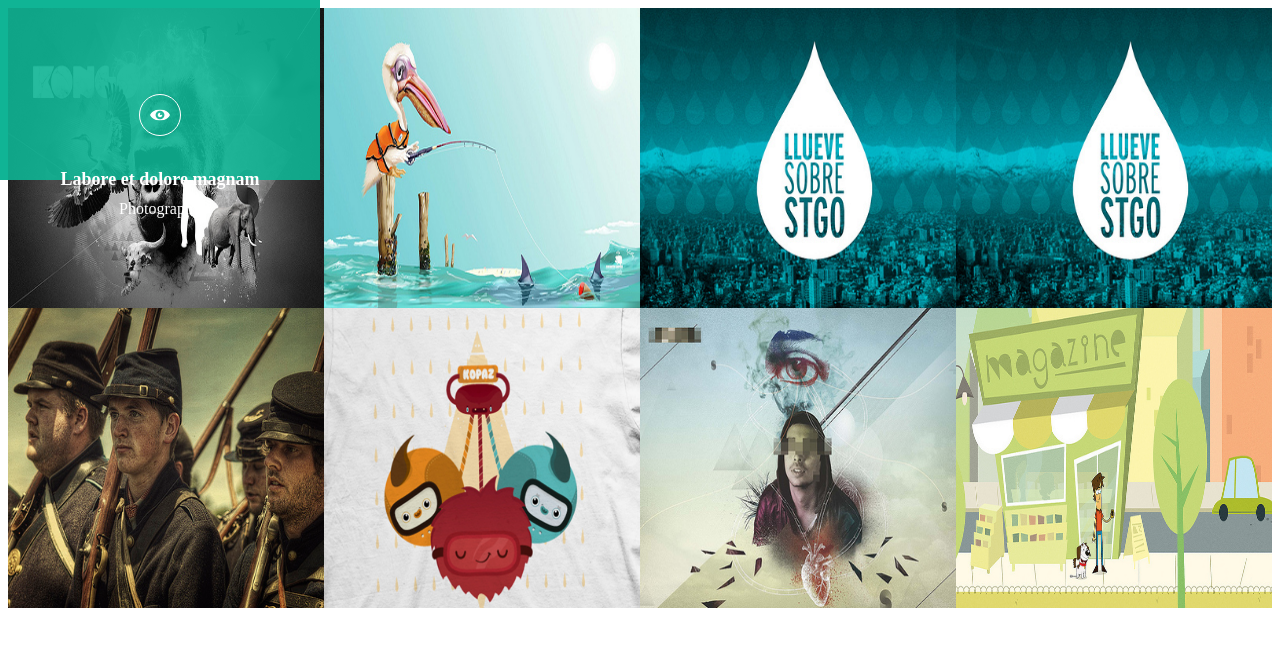
Repository: iravakilova/Brandi
Page: app/works1.html
An editor plug-in stored every save of this project. The page is shown before and after the next save, followed by the edit.
The browser window is 1280 px wide. The pictures show the whole page.

Above is the page before, as saved 2020-02-16 23:18:16.

After the next save:
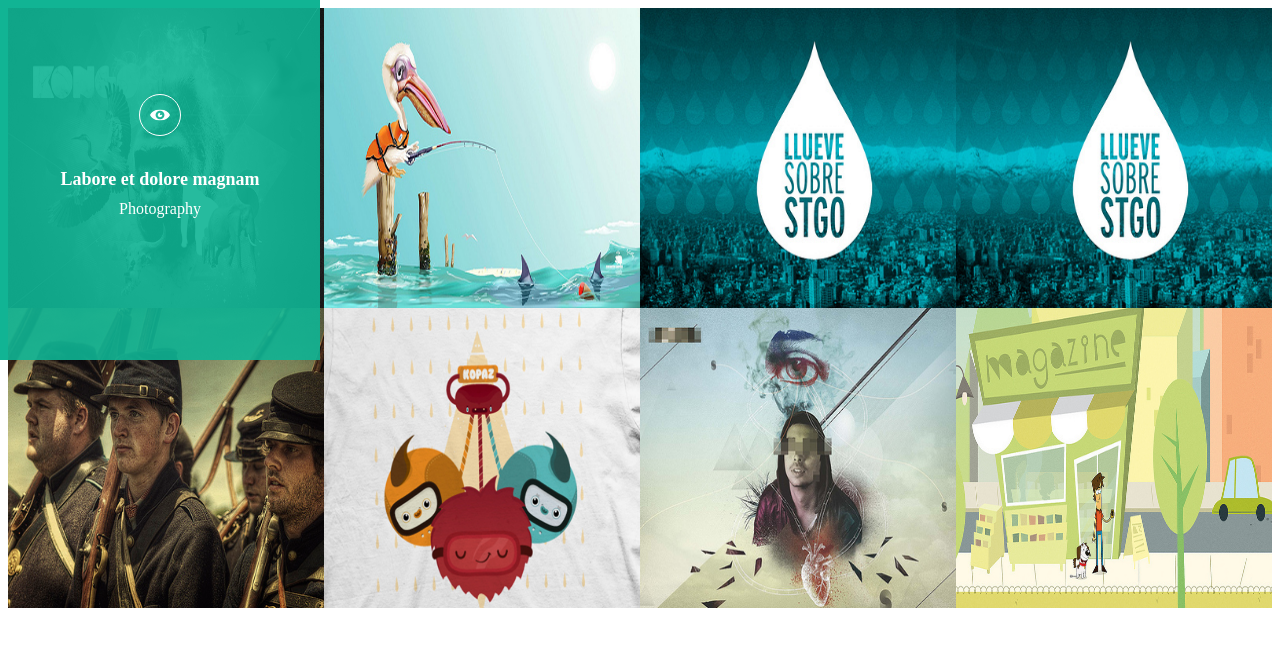
Saved 12 s later.
--- a/app/works1.html
+++ b/app/works1.html
@@ -28,7 +28,7 @@
         top: 0;
         left: 0;
         width: 25%;
-        height: 25%;
+        height: 50%;
         background-image: url(./img/labore.png);
         color: #fff;
         text-align: center;
